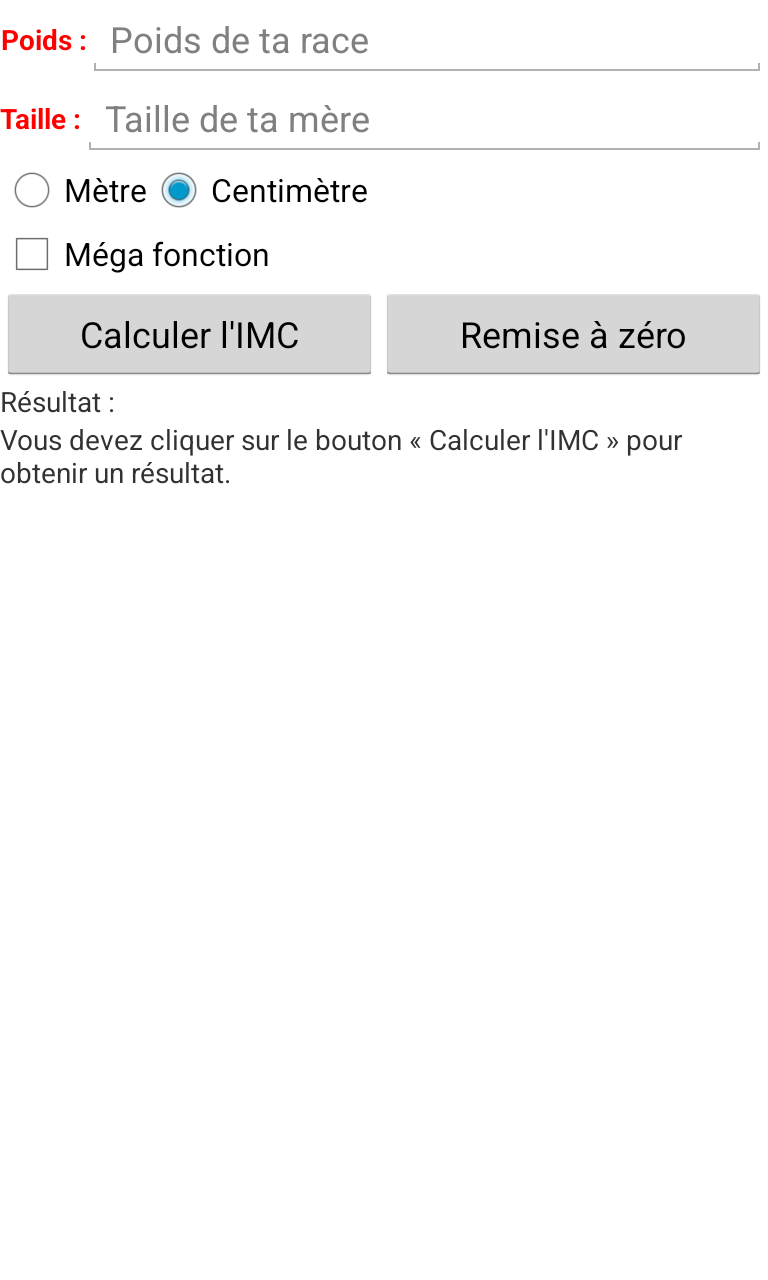
Repository: BlackyFox/PST4-NFC
Layout: Antoine/App_test/res/layout/activity_main.xml
An editor plug-in stored every save of this project. The layout is shown before and after the next save, followed by the edit.
It is drawn on a 768 x 1280 px phone screen (xhdpi) without system bars, with theme AppTheme; the app's code is not run.

Above is the layout before, as saved 2014-11-03 15:36:59.

After the next save:
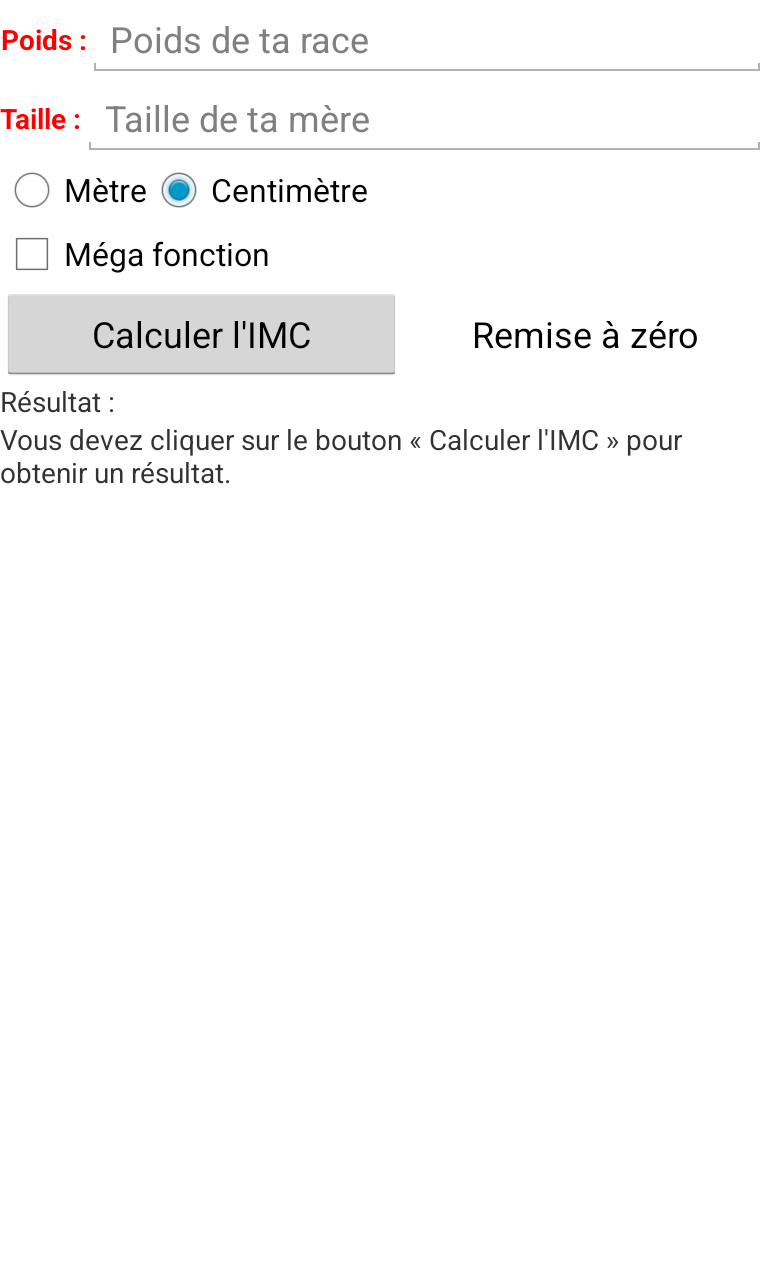
Saved 6 s later.
--- a/Antoine/App_test/res/layout/activity_main.xml
+++ b/Antoine/App_test/res/layout/activity_main.xml
@@ -85,7 +85,8 @@
           android:layout_width="wrap_content"
           android:layout_height="wrap_content"
           android:text="@string/raz"
-          android:layout_weight="1"/>
+          android:layout_weight="1"
+          android:background="?android:attr/selectableItemBackground"/>
   </LinearLayout>
 
   <TextView
